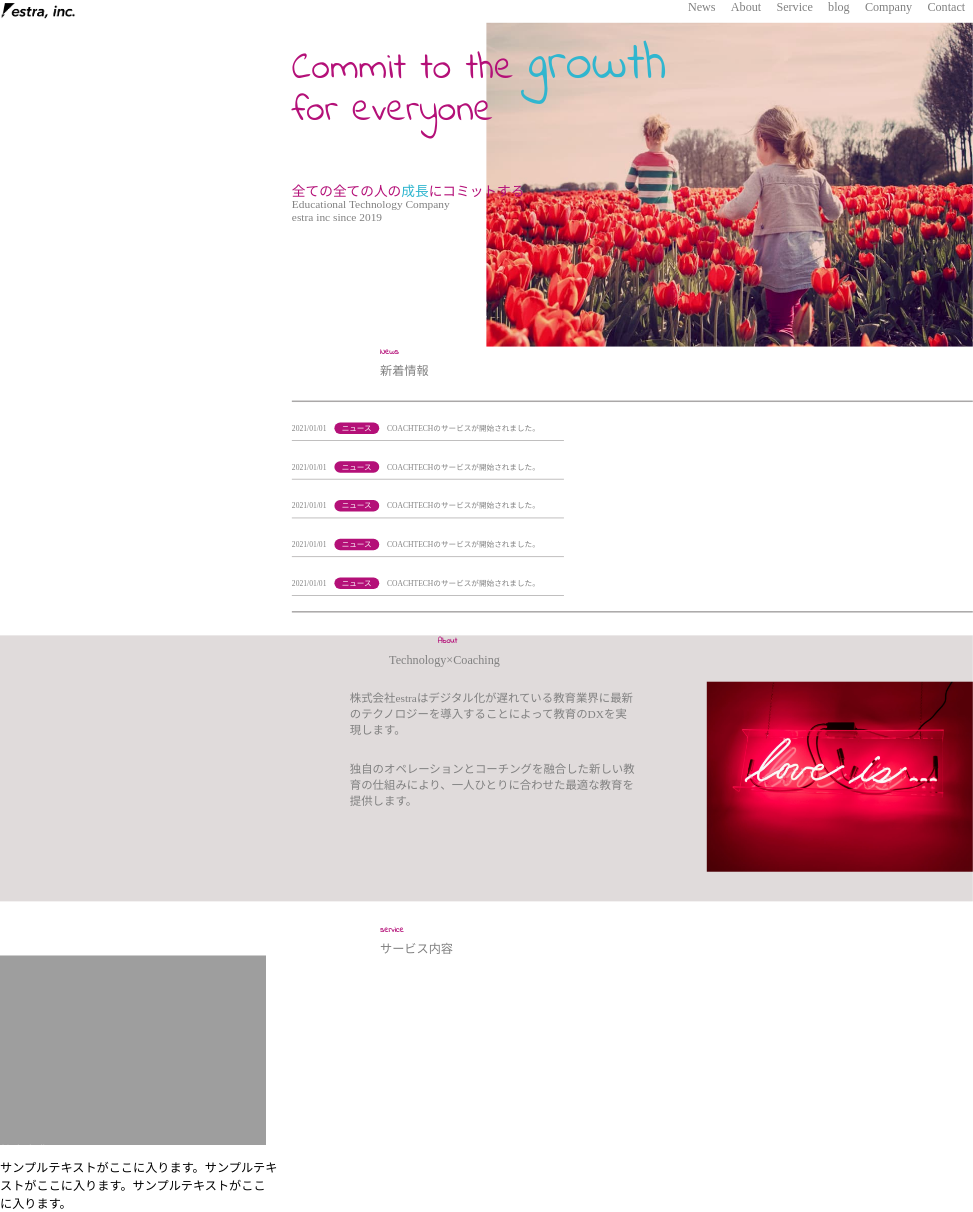
Repository: sigemasaasuka/20210902
Page: index.html
These files come from the project's save history. The page is drawn as it stood at one moment and after the next save; the edit follows.
The browser window is 1280 px wide. The pictures show the whole page, at 76% of full size.
Pictures or frames that could not be fetched are drawn as grey boxes.

Above is the page before, as saved 2021-09-25 20:50:22.

### index.html
<!DOCTYPE html>
<html lang="ja">

<head>
  <meta charset="UTF-8">
  <meta name="viewport" content="width=device-width, initial-scale=1.0">
  <title>Document</title>
  <link rel="stylesheet" href="css/style.css">
  <link rel="stylesheet" href="css/reset.css">
  <link rel="preconnect" href="https://fonts.googleapis.com">
  <link rel="preconnect" href="https://fonts.gstatic.com" crossorigin>
  <link href="https://fonts.googleapis.com/css2?family=Indie+Flower&display=swap" rel="stylesheet">
</head>

<body>
  <div class="flex">
    <div class="logo">
      <img src="img/img/estra_logo.png" alt="estra_logo" width="100px" height="30px">
    </div>
    <div class="parent">
      <div class="child">News</div>
      <div class="child">About</div>
      <div class="child">Service</div>
      <div class="child">blog</div>
      <div class="child">Company</div>
      <div class="child">Contact</div>

    </div>
  </div>
  <div class="relative">
    <img class="relative__img" src="img/img/firstview.jpg" alt="firstview">
    <div class="example">
      <h1>Commit to the <span class="document"> growth</span> <br>for everyone</h1>
    </div>
    <div class="second">
      <h3>全ての全ての人の<span class="second-txt">成長</span>にコミットする</h3>
      <p class="subtitle">Educational Technology Company<br>estra inc since 2019</p>
    </div>
  </div>
  <div class="smlltitle">
    <h6>News</h6>
  </div>
  <div class="list">
    <h3>新着情報</h3>
  </div>
  <div class="local">
    <div class="info">
      <p>
        2021/01/01　<a class="practice__btn">ニュース</a>　COACHTECHのサービスが開始されました。
      </p>
    </div>
    <div class="info">
      <p>
        2021/01/01　<a class="practice__btn">ニュース</a>　COACHTECHのサービスが開始されました。
      </p>
    </div>
    <div class="info">
      <p>
        2021/01/01　<a class="practice__btn">ニュース</a>　COACHTECHのサービスが開始されました。
      </p>
    </div>
    <div class="info">
      <p>
        2021/01/01　<a class="practice__btn">ニュース</a>　COACHTECHのサービスが開始されました。
      </p>
    </div>
    <div class="info">
      <p>
        2021/01/01　<a class="practice__btn">ニュース</a>　COACHTECHのサービスが開始されました。
      </p>
    </div>
  </div>
  <div class="colored">
    <div class="smlltitle-2">
      <h6>About</h6>
    </div>
    <div class="list-2">
      <h3>Technology×Coaching</h3>
    </div>
    <div class="flex">
    <div class="info-txt">
      <div class="relate">
        株式会社estraはデジタル化が遅れている教育業界に最新のテクノロジーを導入することによって教育のDXを実現します。
      </div>
      <div class="relate-txt">
        独自のオペレーションとコーチングを融合した新しい教育の仕組みにより、一人ひとりに合わせた最適な教育を提供します。
      </div>

    </div>
      <div class="about">
        <img class="picture__img" src="img/img/about.jpg" alt="about">
      </div>
  </div>
  </div>

  <div class="service">
  <div class="smlltitle-3">
    <h6>service</h6>
  </div>
  <div class="list-3">
    <h3>サービス内容</h3>
  </div>
  <div class="colored2">
  <div class="photo">
    <img class="service__img" src="img/img/service__fitst.svg" alt="service">
  </div>
  <div class="title">
    <h3>教育事業</h3>
   </div>
  <div class="explain">
    サンプルテキストがここに入ります。サンプルテキ<br>ストがここに入ります。サンプルテキストがここ<br>に入ります。
  </div>
</div>
</div>


</body>

</html>

### css/style.css
.img {
  text-align: left;
}

.parent {
  display: flex;
  justify-content: space-between;
  color: gray;
}

.child {
  margin: 0 10px;
  font-weight: lighter;
}

.logo {
  width: 100px;
}
.flex {
  display: flex;
  justify-content: space-between;
  height: 30px;
}

.relative {
  position: relative;
}

.relative__img {
  margin: 0 0 0 auto;
  display: block;
  width: 50%;
}

.example {
  position: absolute;
  top: 5%;
  left: 30%;
  font-size: 50px;
  color: #b41078;
  font-family: "Indie Flower", cursive;
}

.document {
  top: 5%;
  left: 30%;
  font-size: 70px;
  color: #30b6cf;
  font-family: "Indie Flower", cursive;
}

.second {
  position: absolute;
  top: 50%;
  left: 30%;
  font-size: 18px;
  color: #b41078;
}

.second-txt {
  top: 50%;
  left: 30%;
  font-size: 18px;
  color: #30b6cf;
}

.subtitle {
  margin: 0;
  font-size: 15px;
  color: gray;
  font-weight: lighter;
}

.smlltitle {
  color: #b41078;
  font-family: "Indie Flower", cursive;
  margin-left: 500px;
}

.list {
  color: gray;
  margin-left: 500px;
  margin-top: 10px;
}

.local {
  margin-top: 30px;
  margin-left: 30%;
  margin-right: 30px;
  border-color: rgb(170, 168, 168);
  border-top: solid 2px rgb(170, 168, 168);
  border-bottom: solid 2px rgb(170, 168, 168);
  width: 70%;
}

.info {
  margin-bottom: 20px;
  border-width: 0 0 1px 0;
  border-style: solid;
  line-height: 30px;
  border-color: rgb(173, 171, 171);
  margin-top: 20px;
  padding-left: 0;
  font-size: 10px;
  color: gray;
  width: 40%;
}

.practice__btn {
  width: 100px;
  padding: 2px 10px;
  color: #fff;
  border-radius: 30px;
  background-color: #b41078;
  text-align: center;
  margin: 0 auto 0;
}

.colored {
  height: 350px;
  background-color: rgb(224, 219, 219);
  margin-top: 30px;
}
.smlltitle-2 {
  color: #b41078;
  font-family: "Indie Flower", cursive;
  margin-left: 45%;
}

.list-2 {
  color: gray;
  margin-left: 40%;
  margin-top: 10px;
}

.relate {
  color: gray;
  font-size: 15px;
  margin-left: 55%;
  margin-top: 30px;
}

.relate-txt {
  color: gray;
  font-size: 15px;
  margin-left: 55%;
  margin-top: 30px;
}

.picture__img {
  margin-top: 20px;
  width: 350px;
  height: 250px;
}

.smlltitle-3 {
  color: #b41078;
  font-family: "Indie Flower", cursive;
  margin-left: 500px;
  margin-top: 30px;
}

.list-3 {
  color: gray;
  margin-left: 500px;
  margin-top: 10px;
}
.colored2{
  background-color:
}

.service__img {
  width: 350px;
  height: 250px;
}

.title {
  color: #fff;
}

.photo {
  font-size: 15px;
  color: #fff;
}

### css/reset.css
@charset "UTF-8";
html,
body,
div,
span,
applet,
object,
iframe,
h1,
h2,
h3,
h4,
h5,
h6,
p,
blockquote,
pre,
a,
abbr,
acronym,
address,
big,
cite,
code,
del,
dfn,
em,
img,
ins,
kbd,
q,
s,
samp,
small,
strike,
strong,
sub,
sup,
tt,
var,
b,
u,
i,
center,
dl,
dt,
dd,
ol,
ul,
li,
fieldset,
form,
label,
legend,
table,
caption,
tbody,
tfoot,
thead,
tr,
th,
td,
article,
aside,
canvas,
details,
embed,
figure,
figcaption,
footer,
header,
hgroup,
menu,
nav,
output,
ruby,
section,
summary,
time,
mark,
audio,
video {
  margin: 0;
  padding: 0;
  border: none;
  font-style: normal;
  text-align: left;
  zoom: 1;
}
article,
aside,
details,
figcaption,
figure,
footer,
header,
hgroup,
menu,
nav,
section {
  display: block;
}
table {
  border-collapse: collapse;
  font-family: inherit;
}
h1,
h2,
h3,
h4,
h5 {
  font-size: 100%;
  font-weight: normal;
  line-height: 1;
}
input,
textarea,
select {
  font-family: inherit;
  font-size: 16px;
}
input[type="button"],
input[type="text"],
input[type="submit"] {
  -webkit-appearance: none;
  border-radius: 0;
}
textarea {
  resize: none;
  -webkit-appearance: none;
  border-radius: 0;
}
th,
td {
  border-collapse: collapse;
}
table th,
table td {
  white-space: nowrap;
}
ul,
ol {
  list-style-type: none;
}
img {
  vertical-align: text-bottom;
  vertical-align: -webkit-baseline-middle;
  max-width: 100%;
  height: auto;
  width/***/: auto;
}

After the next save:
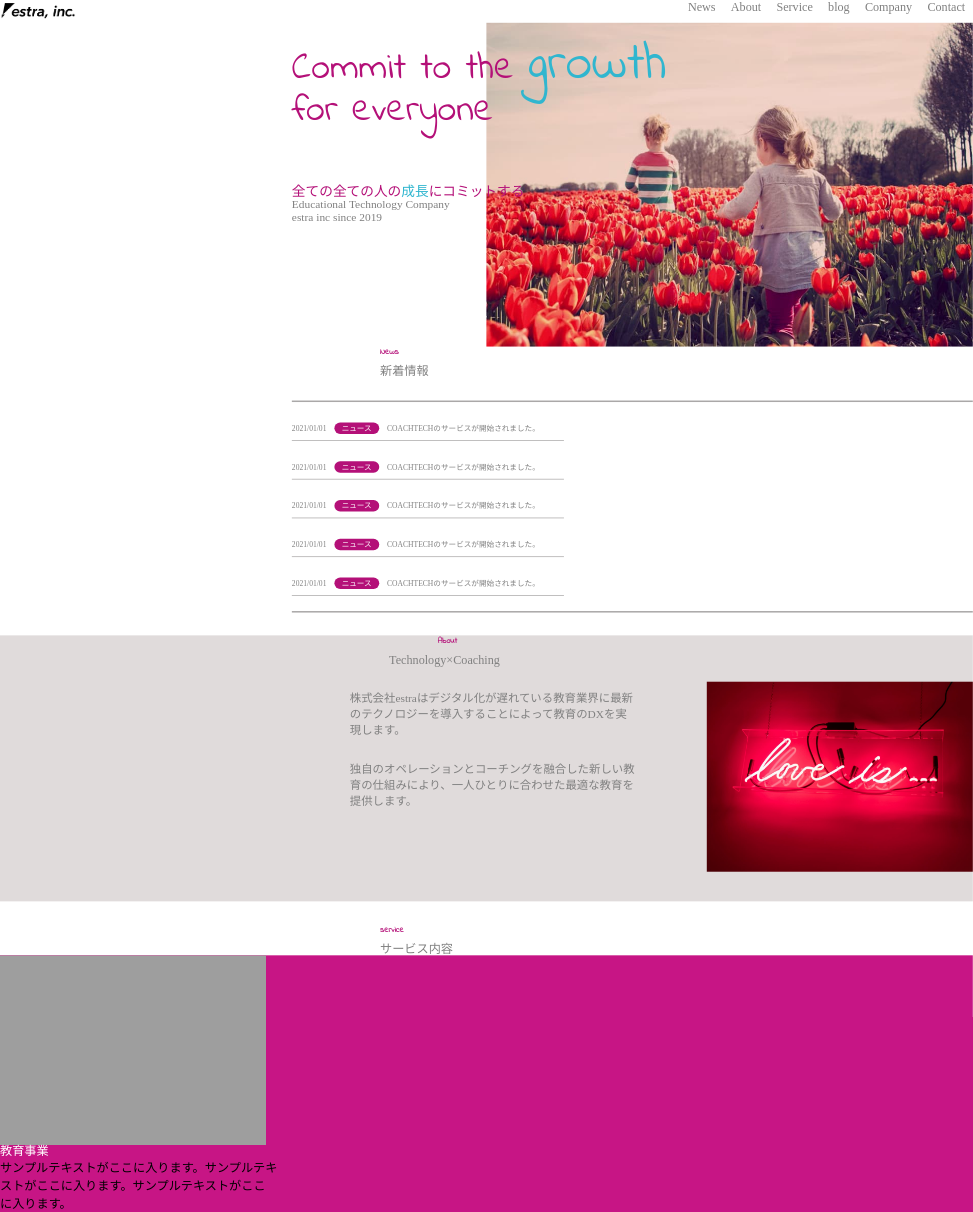
Saved 27 s later.
--- a/css/style.css
+++ b/css/style.css
@@ -166,7 +166,7 @@
   margin-top: 10px;
 }
 .colored2{
-  background-color:
+  background-color: #C71585
 }
 
 .service__img {

After the 3 saves that followed:
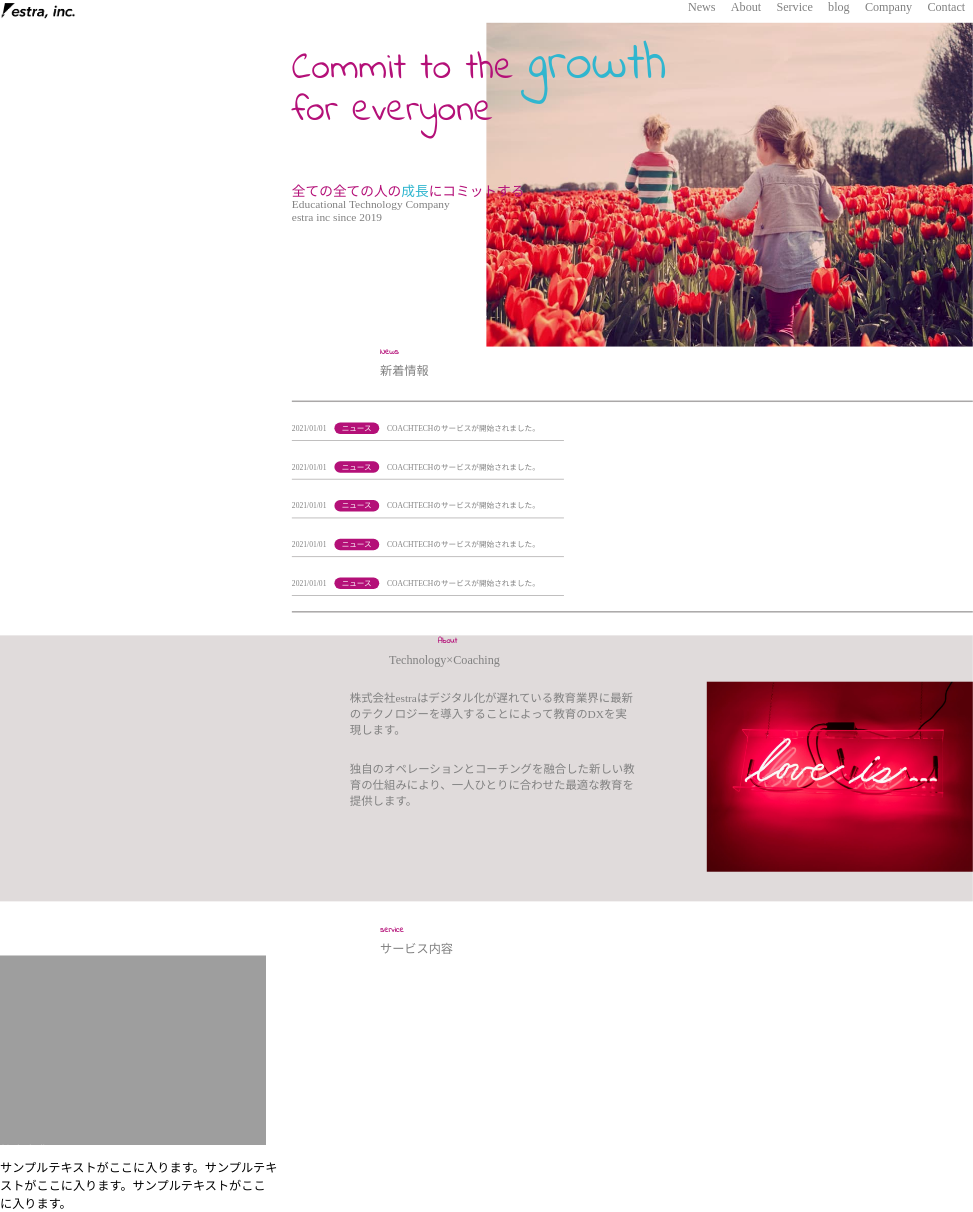
The 3 saves are shown as one change because they came seconds apart.
The last was saved 10 s later.
--- a/css/style.css
+++ b/css/style.css
@@ -166,7 +166,7 @@
   margin-top: 10px;
 }
 .colored2{
-  background-color: #C71585
+  background-color: #C71585:
 }
 
 .service__img {
